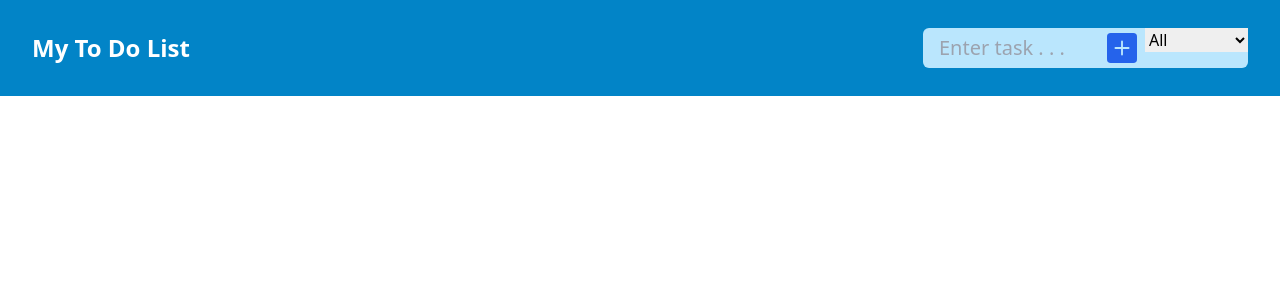
Repository: SaadYasin/react-to-do-list
Page: /
An editor plug-in stored every save of this project. The page is shown before and after a run of saves, followed by the edit.
The browser window is 1280 px wide. The pictures show the whole page.
The project was rebuilt for these pictures with package versions that can differ from the ones it lists, and the page was loaded fresh each time. Also part of the build but not shown: src/App.css.

Above is the page before, as saved 2022-11-09 20:33:08.

After the next 2 saves:
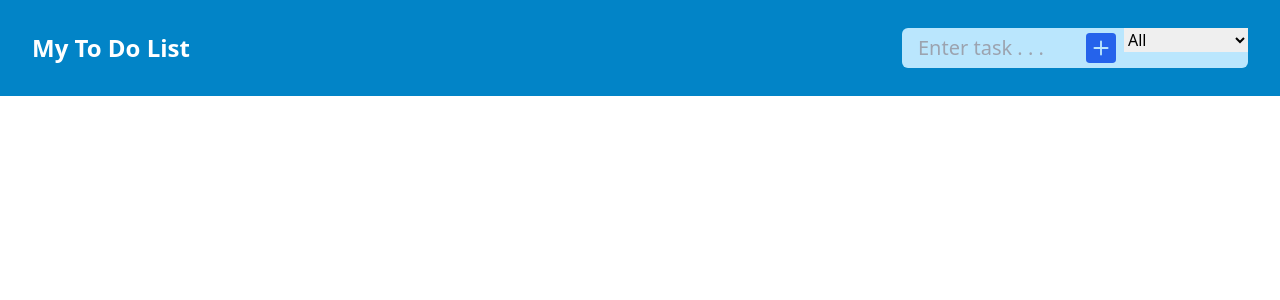
The 2 saves are shown as one change because they came seconds apart.
The last was saved 9 s later.
--- a/src/components/Input.js
+++ b/src/components/Input.js
@@ -18,7 +18,7 @@
           <select name="todos" id="filter-todos">
             <option value="all">All</option>
             <option value="completed">Completed</option>
-            <option value="uncompleted">All</option>
+            <option value="uncompleted">UnCompleted</option>
           </select>
         </div>
       </form>
